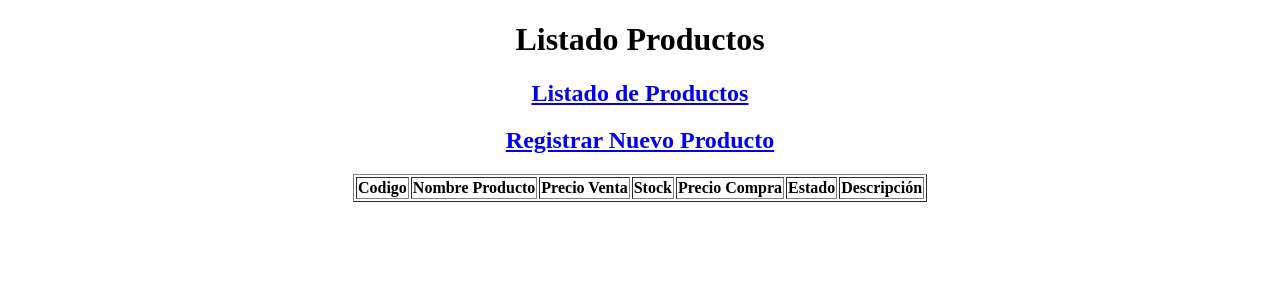
Repository: Kanzaki05/LPII_CL3_RICSECHONGSAHIR
Page: http://localhost/Vistas/Productos/ListadoProductos
An editor plug-in stored every save of this project. The page is shown before and after the next save, followed by the edit.
The browser window is 1280 px wide. The pictures show the whole page.
The page is this project's Thymeleaf template; nobody is signed in. The template is opened directly, without the code that normally fills it, so the values that code supplies are empty.

Above is the page before, as saved 2023-11-26 09:24:53.

### LPII_CL3_RICSECHONGSAHIR/src/main/resources/templates/Vistas/Productos/ListadoProductos.html
<!DOCTYPE html>
<html xmlns:th="https://www.thymeleaf.org">
<head>
    <title>Listado Productos</title>
</head>
<body>

    <h1 align="center">Listado Productos</h1>

	<h2 align="center">
		<a th:href="@{/ListadoProductos}">Listado de Productos</a>
	</h2>
	<h2 align="center">
		<a th:href="@{/Rproducto}">Registrar Nuevo Producto</a>
	</h2>

    <table align="center" border="1">
        <thead>
            <tr>
                <th>Codigo</th>
                <th>Nombre Producto</th>
                <th>Precio Venta</th>
                <th>Stock</th>
                <th>Precio Compra</th>
                <th>Estado</th>
                <th>Descripción</th>
            </tr>
        </thead>
        <tbody>
            <tr th:each="p : ${ListadoProductos}">
                <td th:text="${p.idproductocl3}"></td>
				<td th:text="${p.nombrecl3}"></td>
				<td th:text="${p.precioventacl3}"></td>
				<td th:text="${p.stock}"></td>
				<td th:text="${p.preciocompcl3}"></td>
				<td th:text="${p.estadocl3}"></td>
				<td th:text="${p.descripcl3}"></td>
            </tr>
        </tbody>
    </table>

</body>
</html>

After the next save:
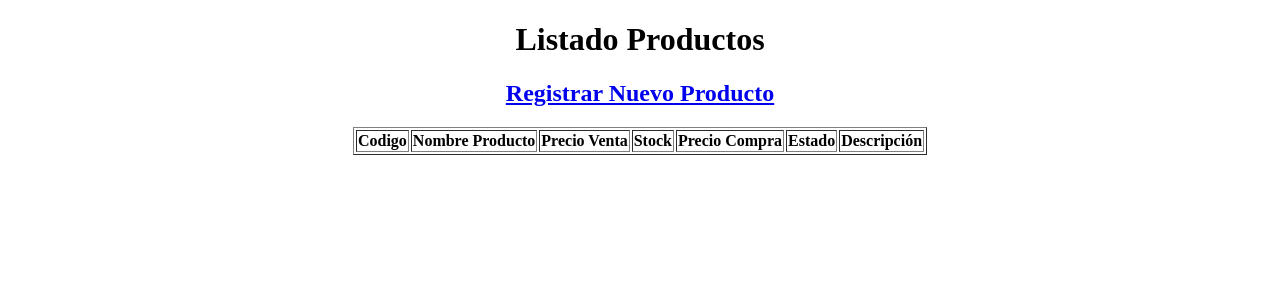
Saved 33 s later.
--- a/LPII_CL3_RICSECHONGSAHIR/src/main/resources/templates/Vistas/Productos/ListadoProductos.html
+++ b/LPII_CL3_RICSECHONGSAHIR/src/main/resources/templates/Vistas/Productos/ListadoProductos.html
@@ -7,9 +7,6 @@
 
     <h1 align="center">Listado Productos</h1>
 
-	<h2 align="center">
-		<a th:href="@{/ListadoProductos}">Listado de Productos</a>
-	</h2>
 	<h2 align="center">
 		<a th:href="@{/Rproducto}">Registrar Nuevo Producto</a>
 	</h2>
